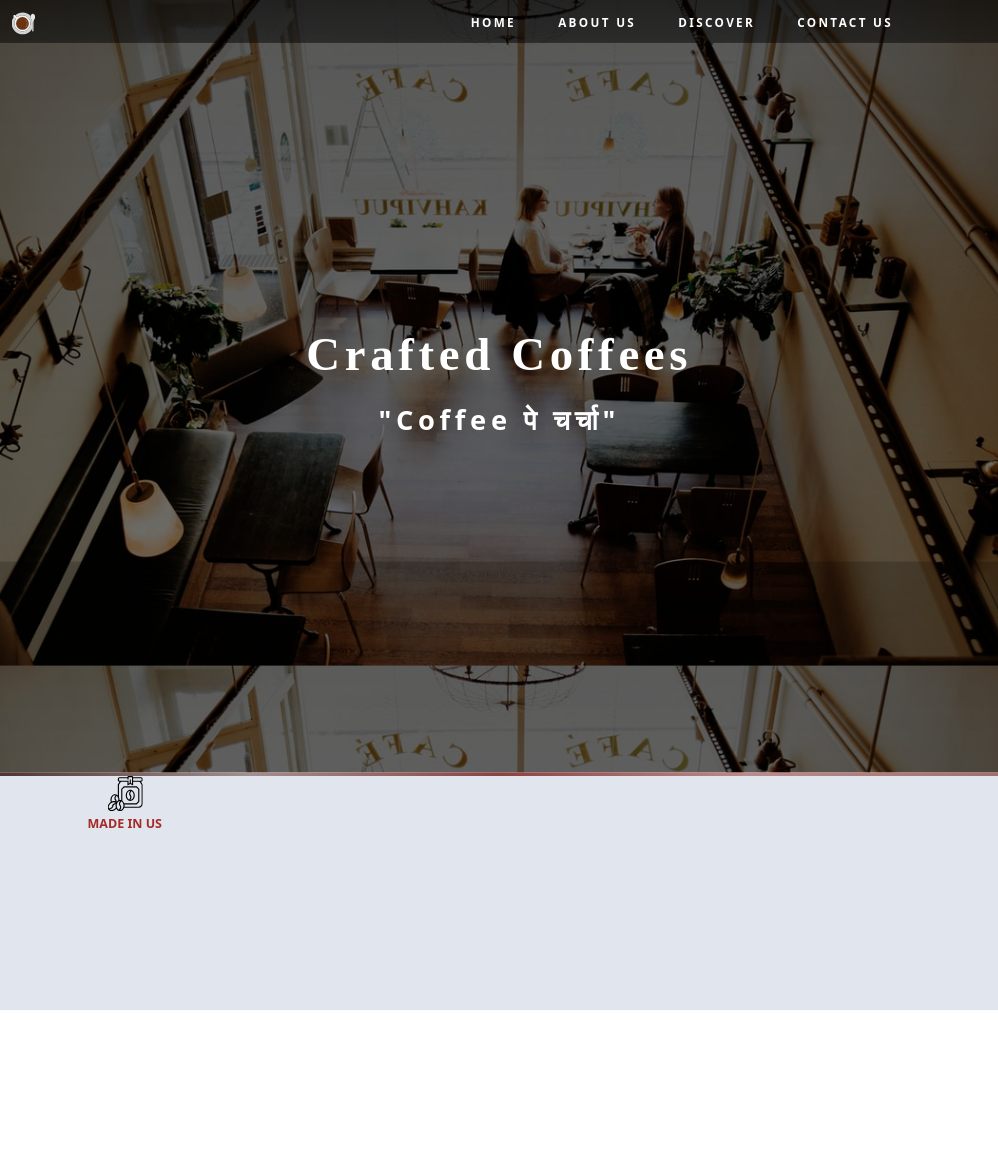
Repository: Aditya0377/Assignments
Page: Assignment/coffee/index.html
An editor plug-in stored every save of this project. The page is shown before and after the next save, followed by the edit.
The browser window is 1280 px wide. The pictures show the whole page, at 78% of full size.
Backgrounds fixed to the window are drawn as part of the page. Some web libraries are served in a nearby version.

Above is the page before, as saved 2024-02-02 14:27:14.

### Assignment/coffee/index.html
<!DOCTYPE html>
<html lang="en">

<head>
    <meta charset="UTF-8">
    <meta name="viewport" content="width=device-width, initial-scale=1.0">
    <title>Coffee</title>
    <link rel="stylesheet" href="coffee.css">
    <link rel="stylesheet" href="https://cdn.linearicons.com/free/1.0.0/icon-font.min.css">
    <script src="https://kit.fontawesome.com/edd85780d6.js" crossorigin="anonymous"></script>
</head>

<body>
    <div class="head">
        <div class="navbar">
            <a href="" class="logo"><img src="assets/logo.svg" alt=""></a>
            <div class="navmenu">
                <a href="" class="navcont">HOME</a>
                <a href="" class="navcont">ABOUT US</a>
                <a href="" class="navcont">DISCOVER</a>
                <a href="" class="navcont">CONTACT US</a>

            </div>
        </div>
        <div class="headcont">
            <h1>Crafted Coffees</h1>
            <h2>"Coffee पे चर्चा"</h2>
            <div class="arrow">
                <span class="lnr lnr-chevron-down"></span>
            </div>
        </div>
    </div>
    <div class="linearline"></div>
    <div class="one">
        <div class="onecont">
            <div><img src="assets/coffeebag.svg" alt="" class="onelogo"></div>
            <div class="onehead">MADE IN US</div>
            <div class="lorem"></div>
        </div>
    </div>
</body>

</html>

### Assignment/coffee/coffee.css
* {
    margin: 0;
    padding: 0;
    box-sizing: border-box;
    font-family: system-ui, -apple-system, BlinkMacSystemFont, 'Segoe UI', Roboto, Oxygen, Ubuntu, Cantarell, 'Open Sans', 'Helvetica Neue', sans-serif;
    ;
}

a {
    text-decoration: none;
    color: black;
}

.head {
    width: 100%;
    background: linear-gradient(rgba(0, 0, 0, 0.6), rgba(0, 0, 0, 0.5)), url(assets/bg1.jpeg) center/cover no-repeat;
    background-repeat: no-repeat;
    background-attachment: fixed;
    background-size: cover;
    height: 990px;
    position: relative;
    display: flex;
    flex-direction: column;
    align-items: center;
    text-align: center;
}

.navbar {
    display: flex;
    align-items: center;
    width: 100%;
    height: 55px;
    background-image: linear-gradient(rgba(0, 0, 0, 0.6), rgba(0, 0, 0, 0.5));
    position: fixed;
    z-index: 999;

}

.navmenu {
    position: inherit;
    right: 0px;
    margin-right: 85px
}

.logo {
    align-self: flex-start;
    margin: 15px;
}

.navbar img {
    width: 30px;
}

.navcont {
    font-weight: 600;
    letter-spacing: 3px;
    font-size: 15px;
    margin-right: 50px;
    color: white;
}

.navcont:hover {
    transition: 0.5s ease;
    color: brown;
}

.headcont {
    margin-top: 420px;
    letter-spacing: 6px;
    color: white;
}

.headcont h1 {
    font-size: 60px;
    font-family: SpartanLimport;

}

.headcont h2 {
    font-weight: 600;
    margin-top: 25px;
    font-size: 35px;
    margin-bottom: 340px;
}

.lnr-chevron-down {
    font-size: 40px;
}

.arrow {
    animation-name: arrowdown;
    animation-duration: 3s;
    animation-iteration-count: infinite;
}

@keyframes arrowdown {
    0% {
        transform: translateY(0px);
    }

    50% {
        transform: translateY(50px);
    }

    100% {
        transform: translateY(0px);
    }
}

.linearline {
    width: 100%;
    background-image: linear-gradient(to left, #a07070, #bc8b8b, #8e4242, #a28f8f, #513434);
    height: 5px;
}

.one {
    width: 100%;
    display: flex;
    justify-content: p;
    align-items: center;
    margin-bottom: 200px;
    background-color: #e1e5ed;

}

.onecont {
    height: 300px;
    width: 25%;
    text-align: center;

}

.onelogo {
    width: 45px;
}

.onehead {
    color: brown;
    font-weight: 600;
}

After the next save:
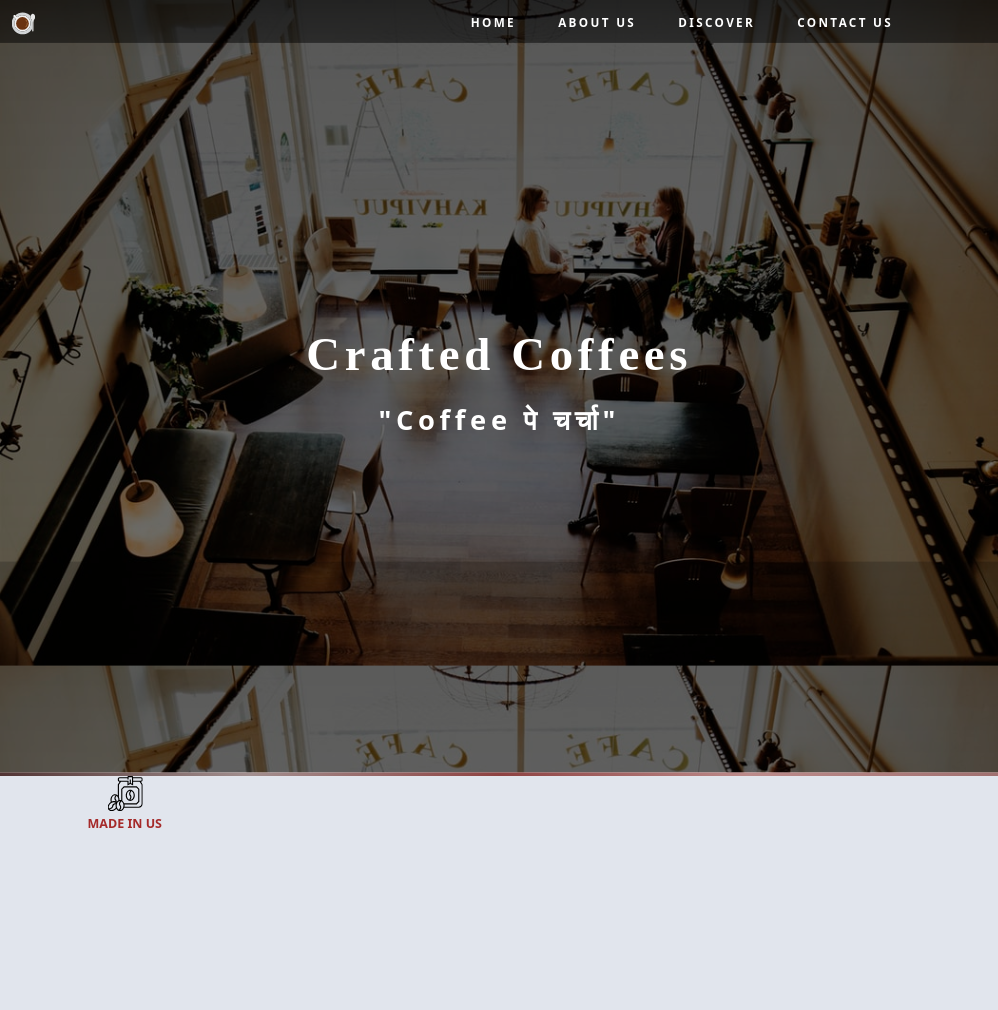
Saved 18 s later.
--- a/Assignment/coffee/coffee.css
+++ b/Assignment/coffee/coffee.css
@@ -118,7 +118,7 @@ a {
     display: flex;
     justify-content: p;
     align-items: center;
-    margin-bottom: 200px;
+
     background-color: #e1e5ed;
 
 }
